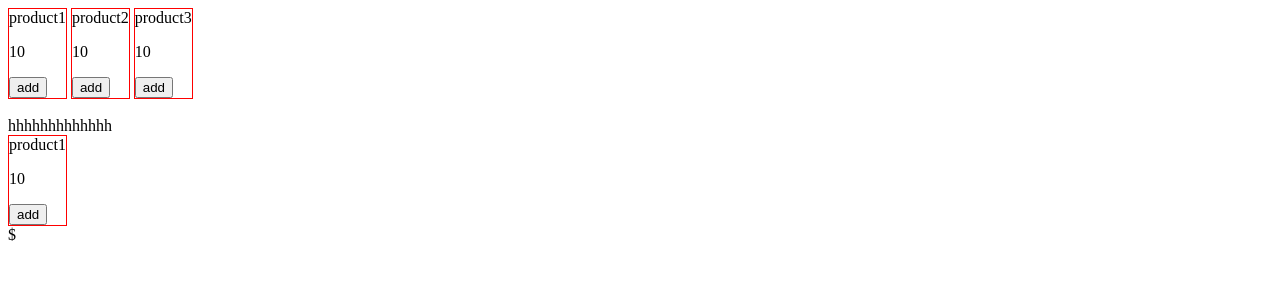
Repository: quynh232000/javascript-basic
Page: Lab5/demo.html
These files come from the project's save history. The page is drawn as it stood at one moment and after the next save; the edit follows.
The browser window is 1280 px wide. The pictures show the whole page.
After loading, the first visible `button.btn` was clicked once.

Above is the page before, as saved 2023-07-27 23:14:34.

After the next save:
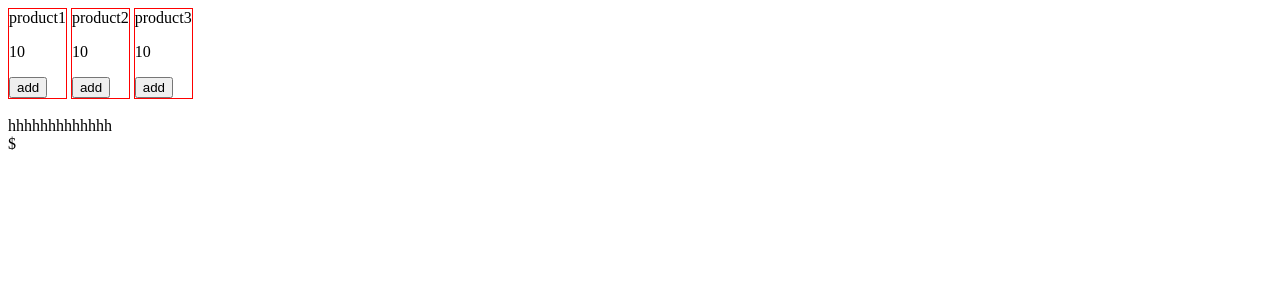
Console error: TypeError: Cannot set properties of null (setting 'textContent')
Saved 60 s later.
--- a/Lab5/demo.html
+++ b/Lab5/demo.html
@@ -65,6 +65,7 @@
           const item = btn.closest(".item");
           if (item) {
             const itemCopy = item.cloneNode(true);
+            document.querySelector("btn").textContent = "Delete";
             b.appendChild(itemCopy);
           }
         });

After the save that followed:
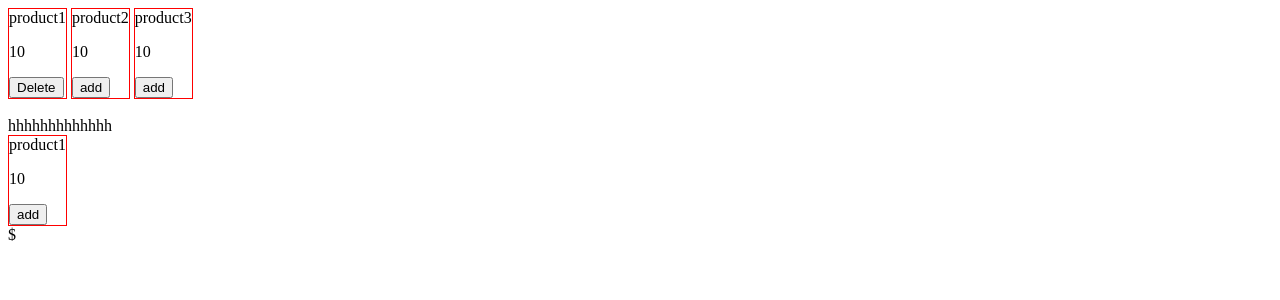
The error is gone.
Saved 10 s later.
--- a/Lab5/demo.html
+++ b/Lab5/demo.html
@@ -65,7 +65,7 @@
           const item = btn.closest(".item");
           if (item) {
             const itemCopy = item.cloneNode(true);
-            document.querySelector("btn").textContent = "Delete";
+            document.querySelector(".btn").textContent = "Delete";
             b.appendChild(itemCopy);
           }
         });
